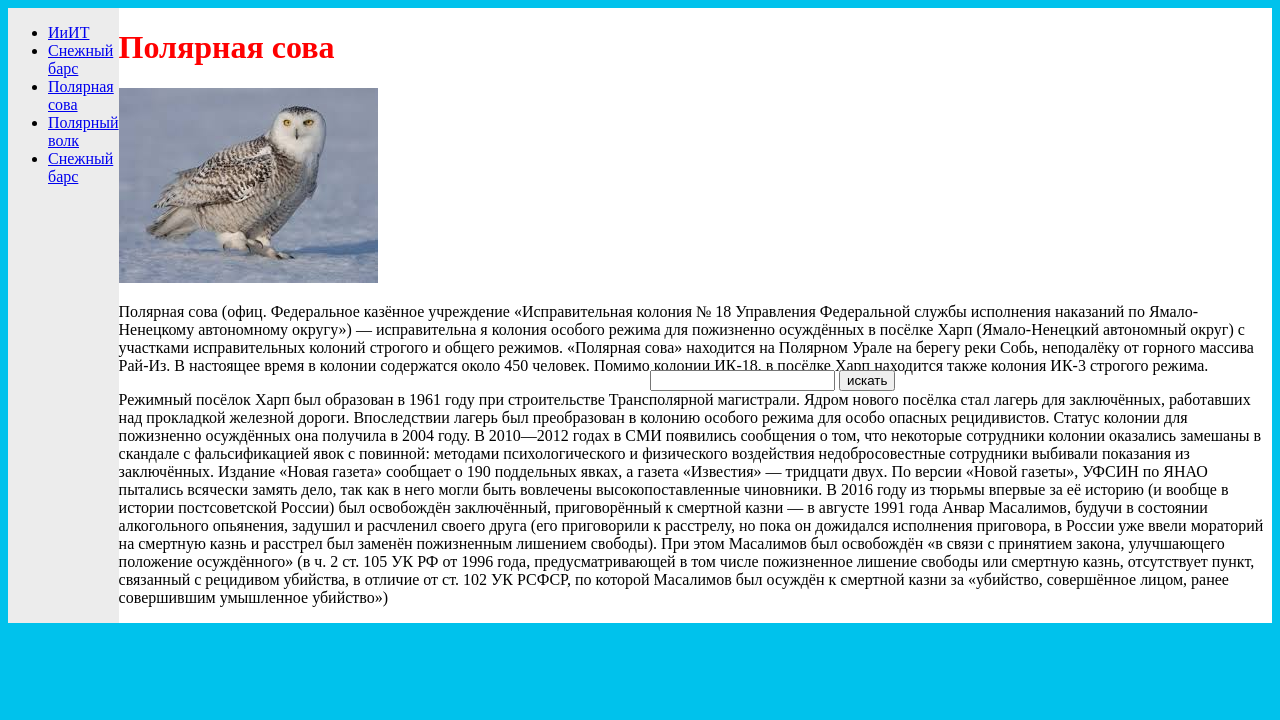
Repository: polinamalysheva/polina.github.io
Page: week11/4.html
The author's editor kept a record of every edit. The page is drawn from the files as they stood at one moment, then again after the next edit.
The browser window is 1280 px wide. The pictures show the whole page.

Above is the page before.

### week11/4.html
<!DOCTYPE html>
<html>
 <head>
   <meta charset="utf-8">
        <title>ИиИТ</title>
        <link href="style.css" rel="stylesheet">
 </head>
 <body>
     <div id="flex">
         <nav>
                <ul>
                    <li><a href="index.html">ИиИТ</a></li>
                    <li><a href="2.html">Снежный барс </a></li>
                    <li><a href="3.html">Полярная сова </a></li>
                    <li><a href="4.html">Полярный волк </a></li>
                    <li><a href="5.html">Снежный барс </a></li>
                </ul>
            </nav>
     <main>
  <h1>Полярная сова</h1>
  <img src="sova.jpg">
  <p>
   Полярная сова  (офиц. Федеральное казённое учреждение «Исправительная колония № 18 Управления Федеральной службы исполнения наказаний по Ямало-Ненецкому автономному округу») — исправительна
   я колония особого режима для пожизненно осуждённых в посёлке Харп (Ямало-Ненецкий автономный округ) с участками исправительных колоний строгого и общего режимов. «Полярная сова» находится
   на Полярном Урале на берегу реки Собь, неподалёку от горного массива Рай-Из. В настоящее время в колонии содержатся около 450 человек.
   Помимо колонии ИК-18, в посёлке Харп находится также колония ИК-3 строгого режима.</p>
  <p>
   Режимный посёлок Харп был образован в 1961 году при строительстве Трансполярной магистрали. Ядром нового посёлка стал лагерь для заключённых, работавших над прокладкой железной дороги.
   Впоследствии лагерь был преобразован в колонию особого режима для особо опасных рецидивистов. Статус колонии для пожизненно осуждённых она получила в 2004 году.
   В 2010—2012 годах в СМИ появились сообщения о том, что некоторые сотрудники колонии оказались замешаны в скандале с фальсификацией явок с повинной: методами психологического и
   физического воздействия недобросовестные сотрудники выбивали показания из заключённых. Издание «Новая газета» сообщает о 190 поддельных явках, а газета «Известия» — тридцати двух.
   По версии «Новой газеты», УФСИН по ЯНАО пытались всячески замять дело, так как в него могли быть вовлечены высокопоставленные чиновники.

   В 2016 году из тюрьмы впервые за её историю (и вообще в истории постсоветской России) был освобождён заключённый, приговорённый к смертной казни — в августе 1991 года Анвар Масалимов,
   будучи в состоянии алкогольного опьянения, задушил и расчленил своего друга (его приговорили к расстрелу, но пока он дожидался исполнения приговора, в России уже ввели мораторий на
   смертную казнь и расстрел был заменён пожизненным лишением свободы). При этом Масалимов был освобождён «в связи с принятием закона, улучшающего положение осуждённого»
   (в ч. 2 ст. 105 УК РФ от 1996 года, предусматривающей в том числе пожизненное лишение свободы или смертную казнь, отсутствует пункт, связанный с рецидивом убийства, в отличие от ст. 102 УК РСФСР,
   по которой Масалимов был осуждён к смертной казни за «убийство, совершённое лицом, ранее совершившим умышленное убийство»)</p>
     </main>
    </div>
    <div id="google">
                <form action="https://www.google.com/search" method="get">
                <input type="text" name="q">
                <input type="submit" value="искать">
                </form>
    </div>
 </body>
</html>

### week11/style.css
body {
    background-color: #00c2ec;
}
#flex {
    display: flex;
    flex-direction: row;
}
#google {
    display: flex;
    flex-direction: row;
    padding: 10px;
    position: absolute;
    top: 50%;
    left: 50%;
    margin-right: -50%;
}
#google2 {
    display: flex;
    flex-direction: row;
    padding: 10px;
    position: absolute;
    top: 80%;
    left: 50%;
    margin-right: -50%;
}
nav {
    background-color: #ececec;
}
main {
    background-color: #ffffff;
}
h1 {
    color: red;
}

After the next edit:
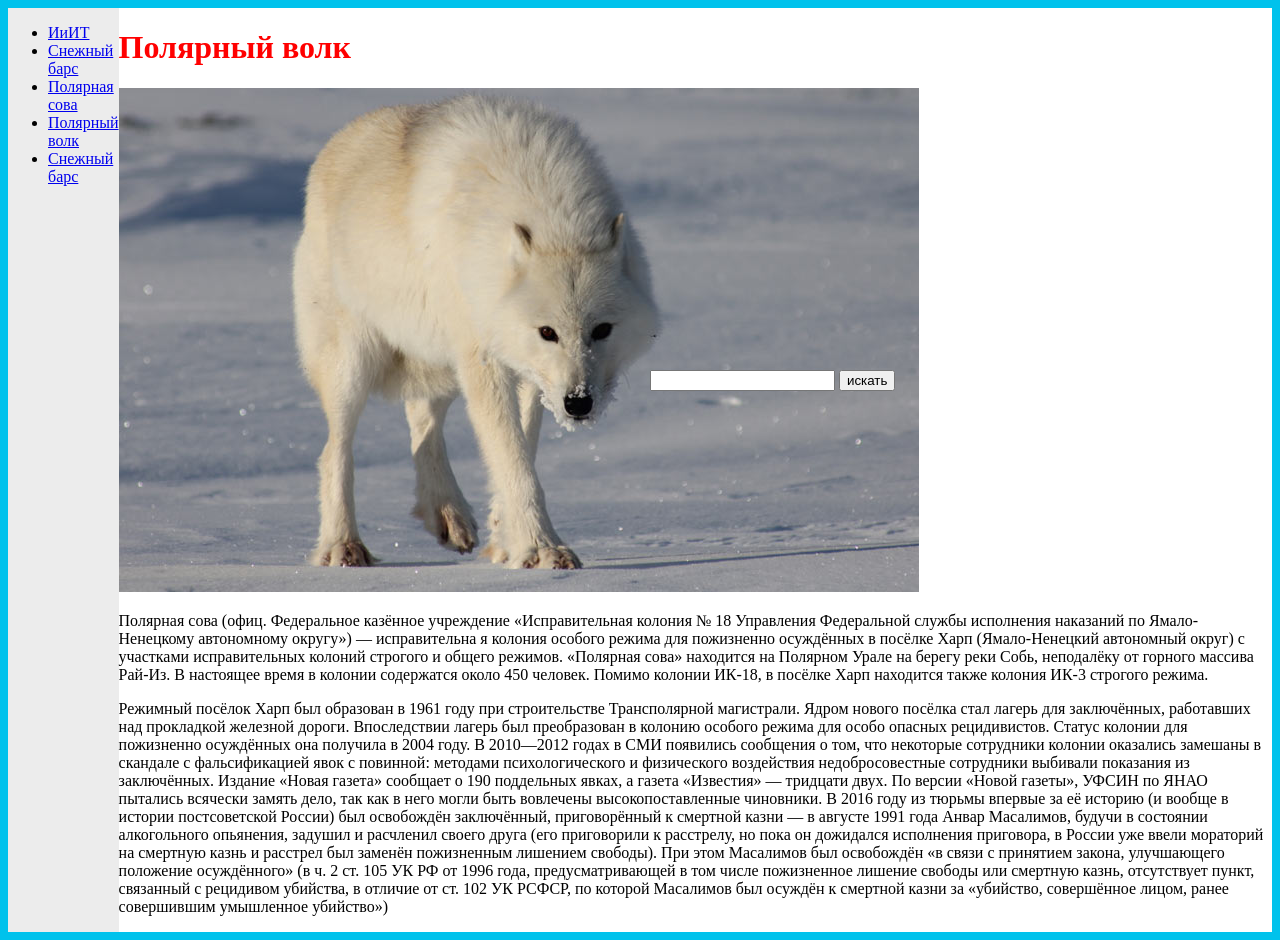
The edit:
--- a/week11/4.html
+++ b/week11/4.html
@@ -17,8 +17,8 @@
                 </ul>
             </nav>
      <main>
-  <h1>Полярная сова</h1>
-  <img src="sova.jpg">
+  <h1>Полярный волк</h1>
+  <img src="polyarnyj-volk-1.jpg">
   <p>
    Полярная сова  (офиц. Федеральное казённое учреждение «Исправительная колония № 18 Управления Федеральной службы исполнения наказаний по Ямало-Ненецкому автономному округу») — исправительна
    я колония особого режима для пожизненно осуждённых в посёлке Харп (Ямало-Ненецкий автономный округ) с участками исправительных колоний строгого и общего режимов. «Полярная сова» находится
